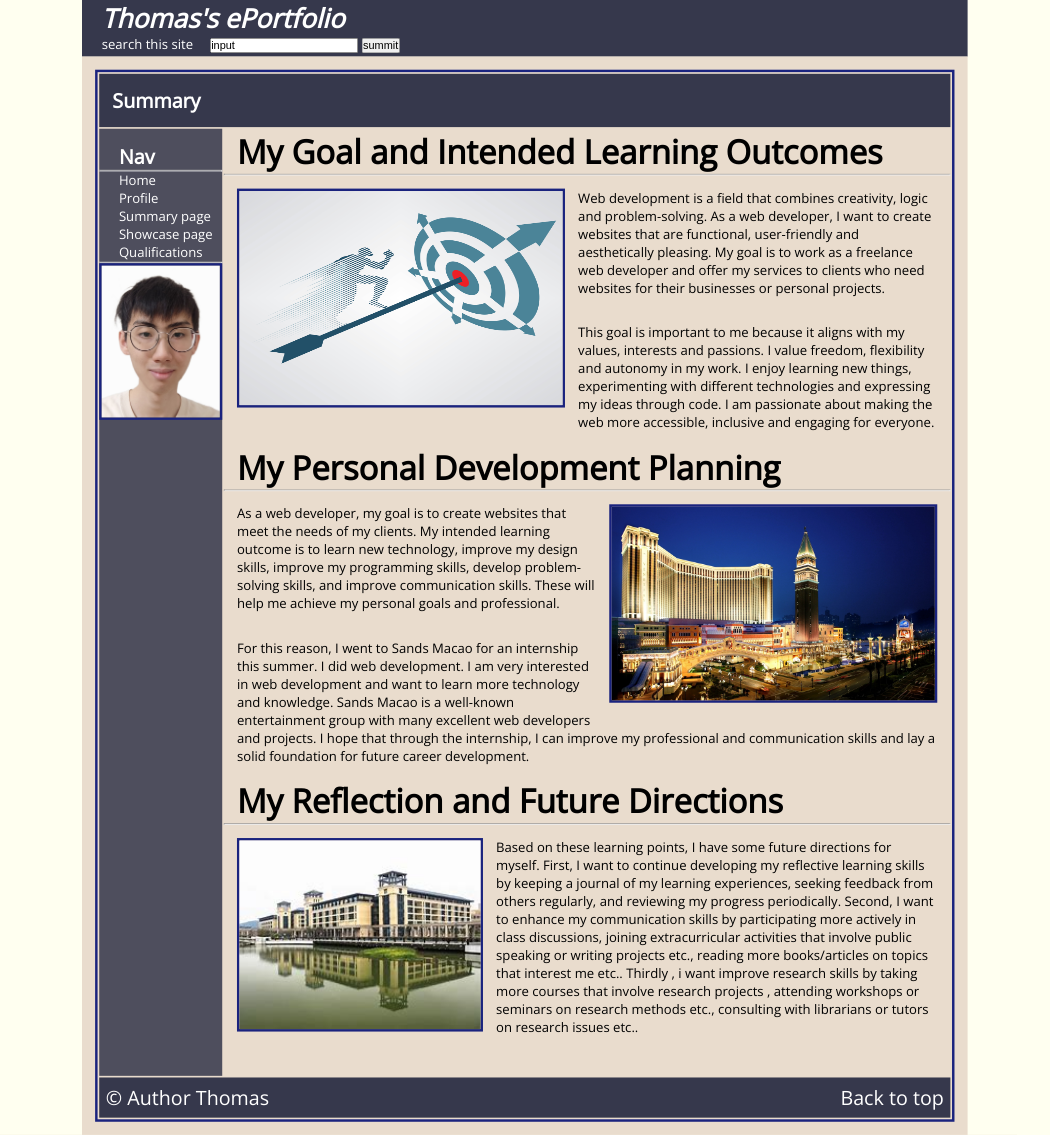
Repository: thomasTAT/UM
Page: cisc3003-2023/CISC3003-dc026709-2023/CISC3003-IndAssgn-2023FEB20/public/cisc3003-IndAssgn-qualification.html
An editor plug-in stored every save of this project. The page is shown before and after a run of saves, followed by the edit.
The browser window is 1280 px wide. The pictures show the whole page, at 82% of full size.

Above is the page before, as saved 2023-02-26 16:35:28.

After the next 2 saves:
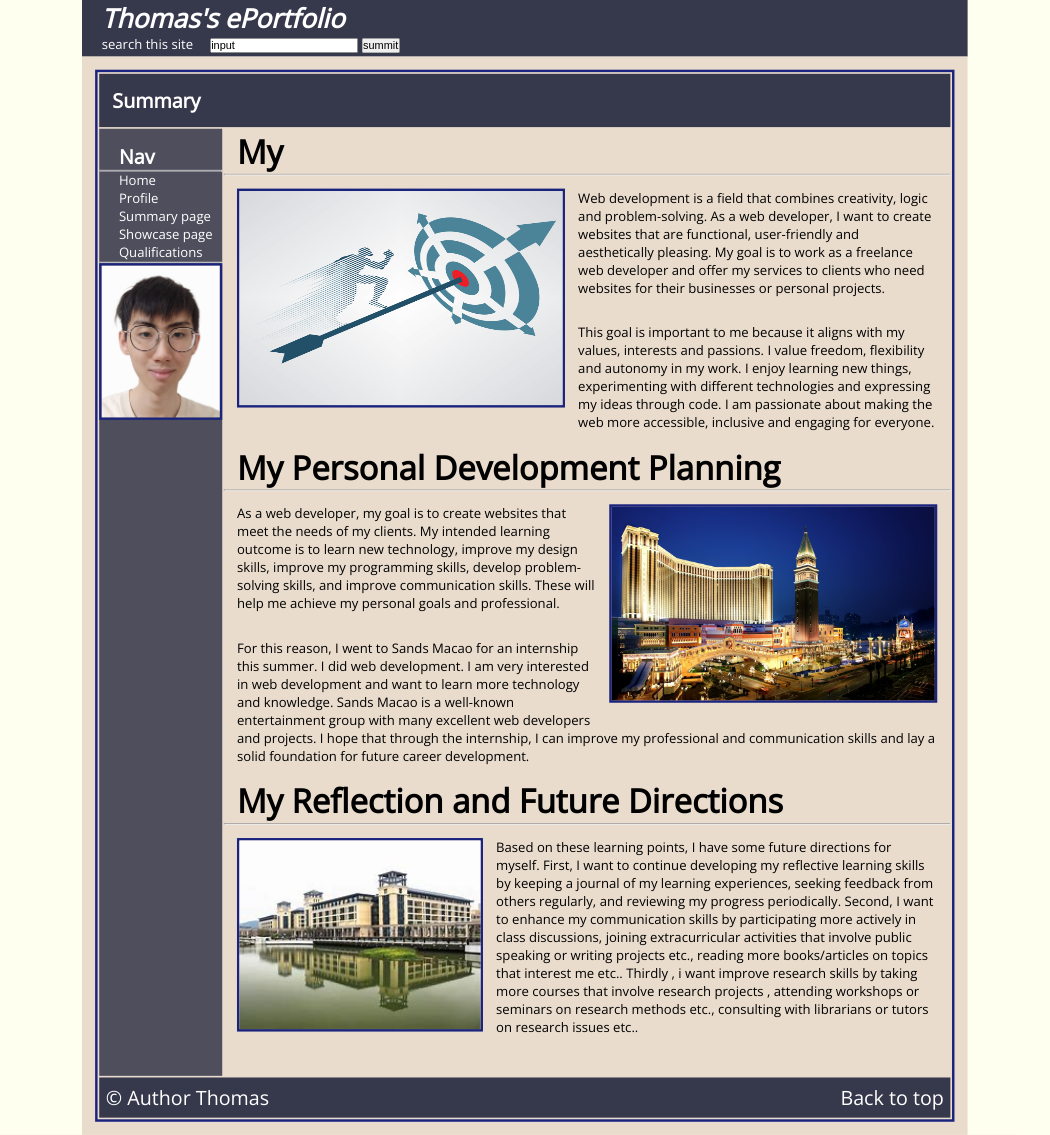
The 2 saves are shown as one change because they came seconds apart.
The last was saved 8 s later.
--- a/cisc3003-2023/CISC3003-dc026709-2023/CISC3003-IndAssgn-2023FEB20/public/cisc3003-IndAssgn-qualification.html
+++ b/cisc3003-2023/CISC3003-dc026709-2023/CISC3003-IndAssgn-2023FEB20/public/cisc3003-IndAssgn-qualification.html
@@ -45,7 +45,7 @@
 
                         <td>
                             <div class="main">
-                                <h2>My Goal and Intended Learning Outcomes
+                                <h2>My
                                 </h2>
                                 <hr />
                                 <img class="left" src="images/goal.jpg" alt="home" title="We love tacos!" width="400"
